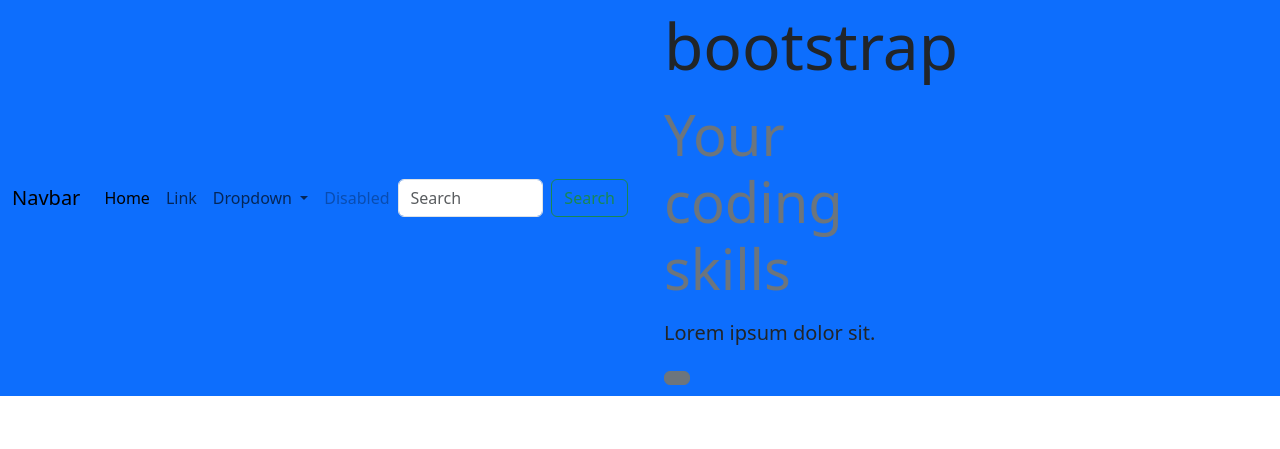
Repository: Riyakashiwala/practical
Page: riya 6th sem/book website.html
The author's editor kept a copy of each file at every save. The page is drawn from the files as they stood at one save, then again after the next save.
The browser window is 1280 px wide. The pictures show the whole page.

Above is the page before, as saved 2024-12-11 06:40:16.

### riya 6th sem/book website.html
<!DOCTYPE html>
<html lang="en">
<head>
    <meta charset="UTF-8">
    <meta name="viewport" content="width=device-width, initial-scale=1.0">
    <title>Book Website</title>
    <link href="https://cdn.jsdelivr.net/npm/bootstrap@5.3.3/dist/css/bootstrap.min.css" rel="stylesheet" integrity="sha384-QWTKZyjpPEjISv5WaRU9OFeRpok6YctnYmDr5pNlyT2bRjXh0JMhjY6hW+ALEwIH" crossorigin="anonymous">
    <style>
        section{
            padding-top
        }
    </style>

</head>
<body>
    <nav class="navbar navbar-expand-lg bg-primary">
        <div class="container-fluid bg-primary">
            <a class="navbar-brand" href="#">Navbar</a>
            <button class="navbar-toggler" type="button" data-bs-toggle="collapse" data-bs-target="#navbarSupportedContent" aria-controls="navbarSupportedContent" aria-expanded="false" aria-label="Toggle navigation">
            <span class="navbar-toggler-icon"></span>
            </button>
            <div class="collapse navbar-collapse" id="navbarSupportedContent">
            <ul class="navbar-nav me-auto mb-2 mb-lg-0">
                <li class="nav-item">
                <a class="nav-link active" aria-current="page" href="#">Home</a>
                </li>
                <li class="nav-item">
                <a class="nav-link" href="#">Link</a>
                </li>
                <li class="nav-item dropdown">
                <a class="nav-link dropdown-toggle" href="#" role="button" data-bs-toggle="dropdown" aria-expanded="false">
                Dropdown
                </a>
                <ul class="dropdown-menu">
                <li><a class="dropdown-item" href="#">Action</a></li>
                <li><a class="dropdown-item" href="#">Another action</a></li>
                <li><hr class="dropdown-divider"></li>
                <li><a class="dropdown-item" href="#">Something else here</a></li>
                </ul>
                </li>
            <li class="nav-item">
                <a class="nav-link disabled" aria-disabled="true">Disabled</a>
            </li>
            </ul>
            <form class="d-flex" role="search">
            <input class="form-control me-2" type="search" placeholder="Search" aria-label="Search">
            <button class="btn btn-outline-success" type="submit">Search</button>
            </form>
        </div>
        </div>
        <div class="container-fluid bg-primary">
        <div class="container">
            <section id="intro">
                <div class="row justify-content-start">
                    <div class="col-6">
                        <p class="display-3">bootstrap</p>
                        <p class="display-4 text-secondary">Your coding skills</p>
                        <p class="lead">Lorem ipsum dolor sit.</p>
                        <button class="btn btn-secondary"></button>
                    </div>
                </div>
            </section>
        </div>
        </div>
    </nav>
    <script src="https://cdn.jsdelivr.net/npm/bootstrap@5.3.3/dist/js/bootstrap.bundle.min.js" integrity="sha384-YvpcrYf0tY3lHB60NNkmXc5s9fDVZLESaAA55NDzOxhy9GkcIdslK1eN7N6jIeHz" crossorigin="anonymous"></script>
</body>
</html>

After the next save:
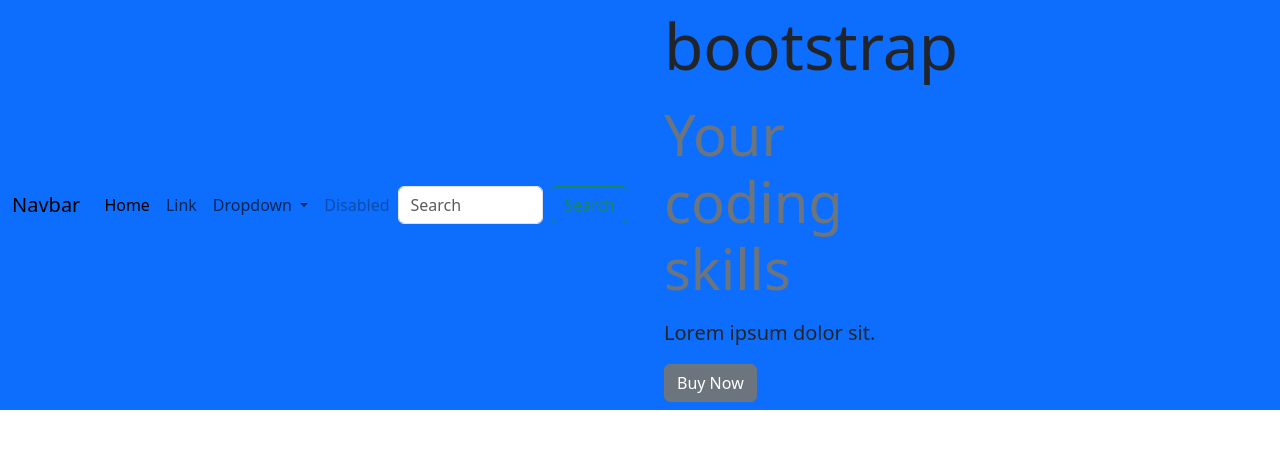
Saved 31 s later.
--- a/riya 6th sem/book website.html
+++ b/riya 6th sem/book website.html
@@ -7,7 +7,7 @@
     <link href="https://cdn.jsdelivr.net/npm/bootstrap@5.3.3/dist/css/bootstrap.min.css" rel="stylesheet" integrity="sha384-QWTKZyjpPEjISv5WaRU9OFeRpok6YctnYmDr5pNlyT2bRjXh0JMhjY6hW+ALEwIH" crossorigin="anonymous">
     <style>
         section{
-            padding-top
+            padding-top: ;
         }
     </style>
 
@@ -56,7 +56,7 @@
                         <p class="display-3">bootstrap</p>
                         <p class="display-4 text-secondary">Your coding skills</p>
                         <p class="lead">Lorem ipsum dolor sit.</p>
-                        <button class="btn btn-secondary"></button>
+                        <button class="btn btn-secondary">Buy Now</button>
                     </div>
                 </div>
             </section>
